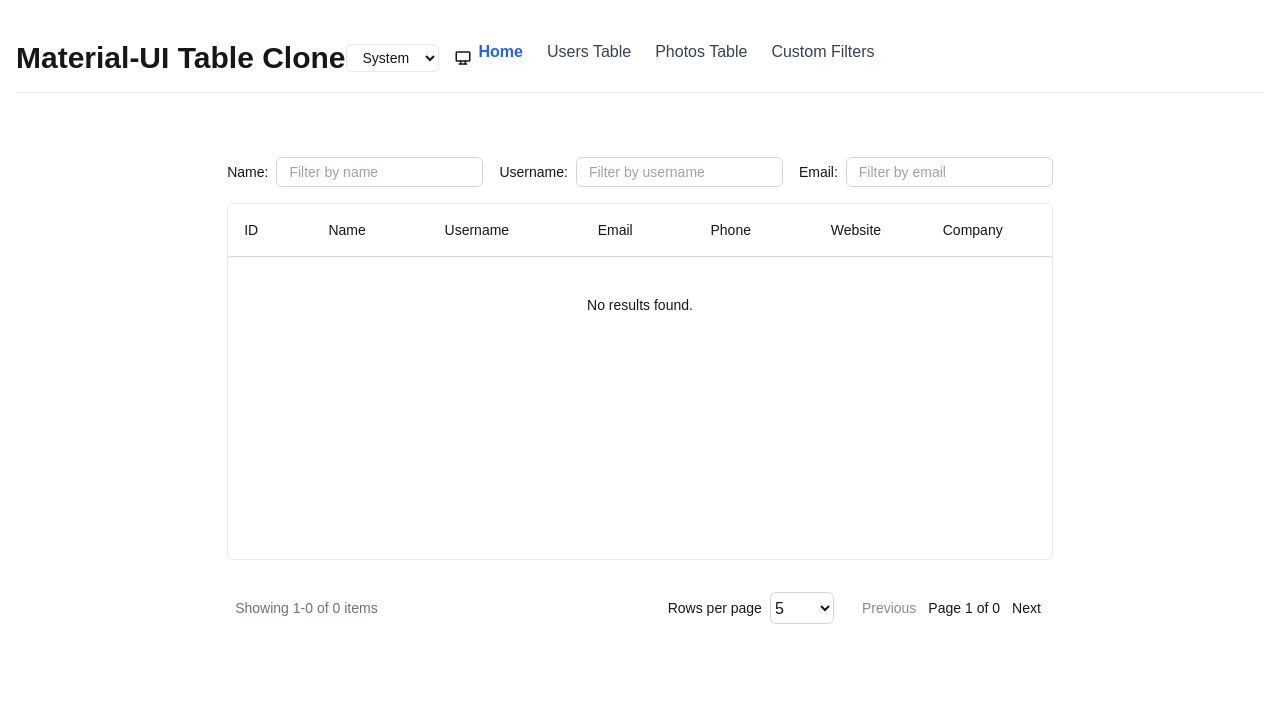
Repository: Dvirco1234/mini-mui-table
Page: /
The author's editor kept a copy of each file at every save. The page is drawn from the files as they stood at one save, then again after the next save.
The browser window is 1280 px wide. The pictures show the whole page.
The page's requests for data from a server got no answer. The project was rebuilt for these pictures with package versions that can differ from the ones it lists, and the page was loaded fresh each time. The framework's server and built-in components were replaced by stand-ins that run in the browser. No one was signed in, and anything a server would have sent is missing. Also part of the build but not shown: next.config.ts.

Above is the page before, as saved 2025-03-03 22:03:03.

### src/app/layout.tsx
import type { Metadata } from "next";
import { Geist, Geist_Mono } from "next/font/google";
import "./globals.css";
import { ThemeProvider } from "@/components/theme/ThemeProvider";
import { Navigation } from "@/components/layout/Navigation";

const geistSans = Geist({
  variable: "--font-geist-sans",
  subsets: ["latin"],
});

const geistMono = Geist_Mono({
  variable: "--font-geist-mono",
  subsets: ["latin"],
});

export const metadata: Metadata = {
  title: "Create Next App",
  description: "Generated by create next app",
};

export default function RootLayout({
  children,
}: Readonly<{
  children: React.ReactNode;
}>) {
  return (
    <html lang="en" className="h-screen overflow-hidden">
      <body
        className={`${geistSans.variable} ${geistMono.variable} antialiased h-full max-h-screen`}
      >
        <ThemeProvider defaultTheme="system" storageKey="mini-mui-table-theme">
          <main className="h-screen">
            <div className="mx-auto py-10 px-4 h-full flex flex-col">
              <Navigation />
              {children}
            </div>
          </main>
        </ThemeProvider>
      </body>
    </html>
  );
}

### src/app/page.tsx
import { ThemeToggle } from "@/components/theme/ThemeToggle";
import { UserTable } from "@/components/demo/UserTable";
import { CustomFiltersDemo } from "@/components/demo/CustomFiltersDemo";

export default function Home() {
  return (
    <div className="mx-auto py-10 px-4 h-full flex flex-col">
      {/* <div className="flex justify-between items-center mb-8">
        <h1 className="text-3xl font-bold">Material-UI Table Clone</h1>
        <ThemeToggle />
      </div> */}
      <UserTable />
      {/* <CustomFiltersDemo /> */}
    </div>
  );
}

### src/components/theme/ThemeProvider.tsx
"use client";

import { createContext, useContext, useEffect, useState } from "react";

export type Theme = "dark" | "light" | "system";

type ThemeProviderProps = {
  children: React.ReactNode;
  defaultTheme?: Theme;
  storageKey?: string;
};

type ThemeProviderState = {
  theme: Theme;
  setTheme: (theme: Theme) => void;
};

const initialState: ThemeProviderState = {
  theme: "system",
  setTheme: () => null,
};

const ThemeProviderContext = createContext<ThemeProviderState>(initialState);

export function ThemeProvider({
  children,
  defaultTheme = "system",
  storageKey = "mini-mui-table-theme",
  ...props
}: ThemeProviderProps) {
  const [theme, setTheme] = useState<Theme>(defaultTheme);

  useEffect(() => {
    const savedTheme = localStorage.getItem(storageKey) as Theme | null;

    if (savedTheme) {
      setTheme(savedTheme);
    }
  }, [storageKey]);

  useEffect(() => {
    const root = window.document.documentElement;

    root.classList.remove("light", "dark");

    if (theme === "system") {
      const systemTheme = window.matchMedia("(prefers-color-scheme: dark)")
        .matches
        ? "dark"
        : "light";

      root.classList.add(systemTheme);
      return;
    }

    root.classList.add(theme);
  }, [theme]);

  const value = {
    theme,
    setTheme: (theme: Theme) => {
      localStorage.setItem(storageKey, theme);
      setTheme(theme);
    },
  };

  return (
    <ThemeProviderContext.Provider {...props} value={value}>
      {children}
    </ThemeProviderContext.Provider>
  );
}

export const useTheme = () => {
  const context = useContext(ThemeProviderContext);

  if (context === undefined) {
    throw new Error("useTheme must be used within a ThemeProvider");
  }

  return context;
};

### src/components/layout/Navigation.tsx
"use client";

import Link from "next/link";
import { usePathname } from "next/navigation";
import { ThemeToggle } from "@/components/theme/ThemeToggle";

const navItems = [
  { name: "Home", path: "/" },
  { name: "Users Table", path: "/users" },
  { name: "Photos Table", path: "/photos" },
  { name: "Custom Filters", path: "/custom-filters" },
];

export function Navigation() {
  const pathname = usePathname();

  return (
    <div className="w-full flex border-b pb-4 mb-6">
      <div className="flex justify-between items-center ">
        <h1 className="text-3xl font-bold">Material-UI Table Clone</h1>
        <ThemeToggle />
      </div>

      <nav>
        <ul className="flex flex-wrap gap-6">
          {navItems.map((item) => (
            <li key={item.path}>
              <Link
                href={item.path}
                className={`text-base font-medium transition-colors hover:underline ${
                  pathname === item.path
                    ? "text-blue-600 dark:text-blue-400 font-semibold"
                    : "text-gray-700 hover:text-blue-600 dark:text-gray-300 dark:hover:text-blue-400"
                }`}
              >
                {item.name}
              </Link>
            </li>
          ))}
        </ul>
      </nav>
    </div>
  );
}

### src/components/demo/UserTable.tsx
"use client";

import { useState, useEffect } from "react";
import { Table } from "@/components/ui/table";
import { User, Column } from "@/types";
import { fetchUsers, FetchUsersParams } from "@/lib/api";

const columns: Column[] = [
  { id: "id", label: "ID", sortable: true },
  { id: "name", label: "Name", sortable: true, filterable: true },
  { id: "username", label: "Username", sortable: true, filterable: true },
  { id: "email", label: "Email", sortable: true, filterable: true },
  { id: "phone", label: "Phone", sortable: true },
  {
    id: "website",
    label: "Website",
    render: (row: User) => (
      <a
        href={`https://${row.website}`}
        target="_blank"
        rel="noopener noreferrer"
        className="text-blue-600 hover:underline"
      >
        {row.website}
      </a>
    ),
  },
  {
    id: "company",
    label: "Company",
    render: (row: User) => row.company.name,
  },
];

export function UserTable() {
  // State for table data and controls
  const [data, setData] = useState<User[]>([]);
  const [loading, setLoading] = useState(true);
  const [totalItems, setTotalItems] = useState(0);

  // Pagination state
  const [currentPage, setCurrentPage] = useState(1);
  const [pageSize, setPageSize] = useState(5);

  // Sorting state
  const [sortField, setSortField] = useState<string | undefined>(undefined);
  const [sortOrder, setSortOrder] = useState<"asc" | "desc" | "none">("asc");

  // Filtering state
  const [filters, setFilters] = useState<Record<string, string>>({});

  // Fetch data when dependencies change
  useEffect(() => {
    const loadData = async () => {
      setLoading(true);
      try {
        const params: FetchUsersParams = {
          page: currentPage,
          limit: pageSize,
          sort: sortField,
          order: sortOrder,
          filter: filters,
        };
        const { users, total } = await fetchUsers(params);
        setData(users);
        setTotalItems(total);
      } catch (error) {
        console.error("Error loading data:", error);
      } finally {
        setLoading(false);
      }
    };

    loadData();
  }, [currentPage, pageSize, sortField, sortOrder, filters]);

  // Handle page change
  const handlePageChange = (page: number) => {
    setCurrentPage(page);
  };

  // Handle page size change
  const handlePageSizeChange = (size: number) => {
    setPageSize(size);
    setCurrentPage(1); // Reset to first page when changing page size
  };

  // Handle sorting
  const handleSort = (field: string, order?: "asc" | "desc") => {
    if (!field) {
      // Clear sorting
      setSortField(undefined);
      setSortOrder("none");
    } else if (order) {
      // Set specific order
      setSortField(field);
      setSortOrder(order);
    } else {
      // Toggle order
      if (sortField === field) {
        setSortOrder(sortOrder === "asc" ? "desc" : "none");
        if (sortOrder === "desc") {
          setSortField(undefined);
        }
      } else {
        setSortField(field);
        setSortOrder("asc");
      }
    }
  };

  // Handle filtering
  const handleFilterChange = (field: string, value: string) => {
    setFilters((prev) => ({
      ...prev,
      [field]: value,
    }));
    setCurrentPage(1); // Reset to first page when applying filters
  };

  return (
    <Table<User>
      data={data}
      columns={columns}
      loading={loading}
      // Pagination
      currentPage={currentPage}
      pageSize={pageSize}
      totalItems={totalItems}
      onPageChange={handlePageChange}
      onPageSizeChange={handlePageSizeChange}
      // Sorting
      sortField={sortField}
      sortOrder={sortOrder}
      onSort={handleSort}
      // Filter
      filters={filters}
      onFilterChange={handleFilterChange}
      bordered={true}
      slots={{}}
    />
  );
}

### src/components/theme/ThemeToggle.tsx
"use client";

import { Theme, useTheme } from "./ThemeProvider";
import { IconMoon, IconSun, IconDeviceDesktop } from "@tabler/icons-react";

export function ThemeToggle() {
  const { theme, setTheme } = useTheme();

  return (
    <div className="flex items-center space-x-2">
      <select
        value={theme}
        onChange={(e: React.ChangeEvent<HTMLSelectElement>) =>
          setTheme(e.target.value as Theme)
        }
        className="bg-background border focus:ring-0 rounded-md px-3 py-1 text-sm focus:outline-none focus:ring-2 focus:ring-primary"
      >
        <option value="light">Light</option>
        <option value="dark">Dark</option>
        <option value="system">System</option>
      </select>

      <div className="flex items-center justify-center w-8 h-8">
        {theme === "light" && <IconSun size={18} />}
        {theme === "dark" && <IconMoon size={18} />}
        {theme === "system" && <IconDeviceDesktop size={18} />}
      </div>
    </div>
  );
}

### src/components/ui/table/index.ts
export * from './Table';
export * from './TableHead';
export * from './TableBody';
export * from './TableRow';
export * from './TableCell';
export * from './TablePagination';
export * from './TableFilters';
export * from './TableSorters';

### src/lib/api.ts
import { User } from '@/types';

export interface FetchUsersParams {
  page?: number;
  limit?: number;
  sort?: string;
  order?: 'asc' | 'desc' | 'none';
  filter?: Record<string, string>;
}

export async function fetchUsers({
  page = 1,
  limit = 100,
  sort,
  order = 'asc',
  filter,
}: FetchUsersParams = {}): Promise<{ users: User[]; total: number }> {
  let url = `https://jsonplaceholder.typicode.com/users?_page=${page}&_limit=${limit}`;

  if (sort && order !== 'none') {
    url += `&_sort=${sort}&_order=${order}`;
  }

  if (filter) {
    Object.entries(filter).forEach(([key, value]) => {
      if (value) {
        url += `&${key}_like=${value}`;
      }
    });
  }

  const response = await fetch(url);
  const total = Number(response.headers.get('x-total-count') || '0');
  const users = await response.json();

  return { users, total };
}

### src/components/ui/table/TableHead.tsx
import React, { forwardRef } from 'react';
import { cn } from '@/lib/utils';

export interface TableHeadProps extends React.HTMLAttributes<HTMLTableSectionElement> {
  children: React.ReactNode;
}

const TableHead = forwardRef<HTMLTableSectionElement, TableHeadProps>(
  ({ className, ...props }, ref) => {
    return (
      <thead
        ref={ref}
        className={cn("shadow-sm sticky top-0 bg-background", className)}
        {...props}
      />
    );
  }
);

TableHead.displayName = "TableHead";

export { TableHead };

### src/components/ui/table/TableBody.tsx
import React, { forwardRef } from 'react';
import { cn } from '@/lib/utils';

export interface TableBodyProps extends React.HTMLAttributes<HTMLTableSectionElement> {
  children: React.ReactNode;
}

const TableBody = forwardRef<HTMLTableSectionElement, TableBodyProps>(
  ({ className, ...props }, ref) => {
    return (
      <tbody
        ref={ref}
        className={cn("[&_tr:last-child]:border-0", className)}
        {...props}
      />
    );
  }
);

TableBody.displayName = "TableBody";

export { TableBody };

### src/components/ui/table/TableRow.tsx
import React, { forwardRef } from "react";
import { cn } from "@/lib/utils";

export interface TableRowProps
  extends React.HTMLAttributes<HTMLTableRowElement> {
  children: React.ReactNode;
  rowHeight?: number | string;
}

const TableRow = forwardRef<HTMLTableRowElement, TableRowProps>(
  ({ className, rowHeight, ...props }, ref) => {
    return (
      <tr
        ref={ref}
        className={cn(
          "border-b transition-colors hover:bg-muted/50 data-[state=selected]:bg-muted",
          className
        )}
        style={{
          height: rowHeight ? (typeof rowHeight === 'number' ? `${rowHeight}px` : rowHeight) : 'auto'
        }}
        {...props}
      />
    );
  }
);

TableRow.displayName = "TableRow";

export { TableRow };

### src/components/ui/table/TableCell.tsx
import React, { forwardRef } from 'react';
import { cn } from '@/lib/utils';

export interface TableCellProps extends React.TdHTMLAttributes<HTMLTableCellElement> {
  children: React.ReactNode;
}

const TableCell = forwardRef<HTMLTableCellElement, TableCellProps>(
  ({ className, ...props }, ref) => {
    return (
      <td
        ref={ref}
        className={cn("p-4 align-middle [&:has([role=checkbox])]:pr-0 group", className)}
        {...props}
      />
    );
  }
);

TableCell.displayName = "TableCell";

export { TableCell };

### src/components/ui/table/TablePagination.tsx
import React from 'react';
import { cn } from '@/lib/utils';

export interface TablePaginationProps {
  currentPage: number;
  totalPages: number;
  pageSize: number;
  totalItems: number;
  onPageChange: (page: number) => void;
  onPageSizeChange?: (pageSize: number) => void;
  pageSizeOptions?: number[];
  className?: string;
}

const TablePagination: React.FC<TablePaginationProps> = ({
  currentPage,
  totalPages,
  pageSize,
  totalItems,
  onPageChange,
  onPageSizeChange,
  pageSizeOptions = [5, 10, 25, 50],
  className,
}) => {
  const startItem = (currentPage - 1) * pageSize + 1;
  const endItem = Math.min(currentPage * pageSize, totalItems);

  return (
    <div className={cn("flex items-center justify-between px-2 py-4", className)}>
      <div className="text-sm text-gray-500">
        Showing {startItem}-{endItem} of {totalItems} items
      </div>
      <div className="flex items-center space-x-6">
        <div className="flex items-center space-x-2">
          <p className="text-sm font-medium">Rows per page</p>
          <select
            className="h-8 w-16 rounded-md border border-gray-300 bg-background outline-none focus:border-blue-500 focus:dark:border-white"
            value={pageSize}
            onChange={(e) => onPageSizeChange?.(Number(e.target.value))}
          >
            {pageSizeOptions.map((option) => (
              <option key={option} value={option}>
                {option}
              </option>
            ))}
          </select>
        </div>
        <div className="flex items-center space-x-2">
          <button
            className="inline-flex items-center justify-center rounded-md p-1 text-sm font-medium transition-colors hover:bg-gray-100 disabled:opacity-50"
            onClick={() => onPageChange(currentPage - 1)}
            disabled={currentPage === 1}
          >
            Previous
          </button>
          <div className="text-sm font-medium">
            Page {currentPage} of {totalPages}
          </div>
          <button
            className="inline-flex items-center justify-center rounded-md p-1 text-sm font-medium transition-colors hover:bg-gray-100 disabled:opacity-50"
            onClick={() => onPageChange(currentPage + 1)}
            disabled={currentPage === totalPages}
          >
            Next
          </button>
        </div>
      </div>
    </div>
  );
};

export { TablePagination };

### src/components/ui/table/TableFilters.tsx
import React from 'react';
import { cn } from '@/lib/utils';
import { Column } from '@/types';

export interface TableFiltersProps {
  columns: Column[];
  filters: Record<string, string>;
  onFilterChange: (field: string, value: string) => void;
  className?: string;
}

/**
 * TableFilters component that renders a set of filters for each filterable column.
 * Currently only supports text-based filtering.
 */
const TableFilters: React.FC<TableFiltersProps> = ({
  columns,
  filters,
  onFilterChange,
  className,
}) => {
  const filterableColumns = columns.filter(column => column.filterable);

  if (filterableColumns.length === 0) {
    return null;
  }

  return (
    <div className={cn("flex flex-wrap gap-4 mb-4", className)}>
      {filterableColumns.map(column => (
        <div key={`filter-${column.id}`} className="flex items-center">
          <label htmlFor={`filter-${column.id}`} className="mr-2 text-sm font-medium">
            {column.label}:
          </label>
          <input
            id={`filter-${column.id}`}
            type="text"
            className="rounded-md border bg-background outline-none border-gray-300 focus:border-blue-500 focus:dark:border-white px-3 py-1 text-sm"
            value={filters[column.id] || ''}
            onChange={(e) => onFilterChange(column.id, e.target.value)}
            placeholder={`Filter by ${column.label.toLowerCase()}`}
          />
        </div>
      ))}
    </div>
  );
};

export { TableFilters };

### src/components/ui/table/TableSorters.tsx
import React from 'react';
import { cn } from '@/lib/utils';
import { Column } from '@/types';
import { IconArrowUp, IconArrowDown } from '@tabler/icons-react';

export interface TableSortersProps {
  column: Column;
  sortField?: string;
  sortOrder: 'asc' | 'desc' | 'none';
  onSort: (field: string, order?: 'asc' | 'desc') => void;
  className?: string;
}

const TableSorters: React.FC<TableSortersProps> = ({
  column,
  sortField,
  sortOrder,
  onSort,
  className,
}) => {
  if (!column.sortable) {
    return <span className={className}>{column.label}</span>;
  }

  const handleSort = () => {
    if (sortField !== column.id) {
      // First click - sort ascending
      onSort(column.id, 'asc');
    } else if (sortOrder === 'asc') {
      // Second click - sort descending
      onSort(column.id, 'desc');
    } else {
      // Third click - clear sorting
      onSort('');
    }
  };

  const isActive = sortField === column.id;

  return (
    <div
      className={cn(
        "w-full h-full flex items-center justify-between cursor-pointer",
        className
      )}
      onClick={handleSort}
    >
      <span>{column.label}</span>
      <div className="flex items-center">
        {isActive ? (
          sortOrder === 'asc' ? (
            <IconArrowUp size={16} className="text-primary" />
          ) : (
            <IconArrowDown size={16} className="text-primary" />
          )
        ) : (
          <IconArrowUp size={16} className="text-muted-foreground opacity-0 group-hover:opacity-100 transition-opacity" />
        )}
      </div>
    </div>
  );
};

export { TableSorters };

### tailwind.config.ts
import type { Config } from 'tailwindcss';

const config: Config = {
  darkMode: 'class',
  content: [
    './src/pages/**/*.{js,ts,jsx,tsx,mdx}',
    './src/components/**/*.{js,ts,jsx,tsx,mdx}',
    './src/app/**/*.{js,ts,jsx,tsx,mdx}',
  ],
  theme: {
    extend: {
      colors: {
        background: 'var(--background)',
        foreground: 'var(--foreground)',
        border: {
          DEFAULT: 'hsl(var(--border))',
        },
        input: {
          DEFAULT: 'hsl(var(--input))',
        },
        ring: {
          DEFAULT: 'hsl(var(--ring))',
        },
        muted: {
          DEFAULT: 'hsl(var(--muted))',
          foreground: 'hsl(var(--muted-foreground))',
        },
        accent: {
          DEFAULT: 'hsl(var(--accent))',
          foreground: 'hsl(var(--accent-foreground))',
        },
        primary: {
          DEFAULT: 'hsl(var(--primary))',
          foreground: 'hsl(var(--primary-foreground))',
        },
        secondary: {
          DEFAULT: 'hsl(var(--secondary))',
          foreground: 'hsl(var(--secondary-foreground))',
        },
        destructive: {
          DEFAULT: 'hsl(var(--destructive))',
          foreground: 'hsl(var(--destructive-foreground))',
        },
        card: {
          DEFAULT: 'hsl(var(--card))',
          foreground: 'hsl(var(--card-foreground))',
        },
      },
      fontFamily: {
        sans: ['var(--font-geist-sans)'],
        mono: ['var(--font-geist-mono)'],
      },
    },
  },
  plugins: [],
};

export default config;

Loaded but not shown: src/app/globals.css (common file); src/lib/utils.ts (common file); src/components/ui/table/Table.tsx (225 lines, source omitted)

After the next save:
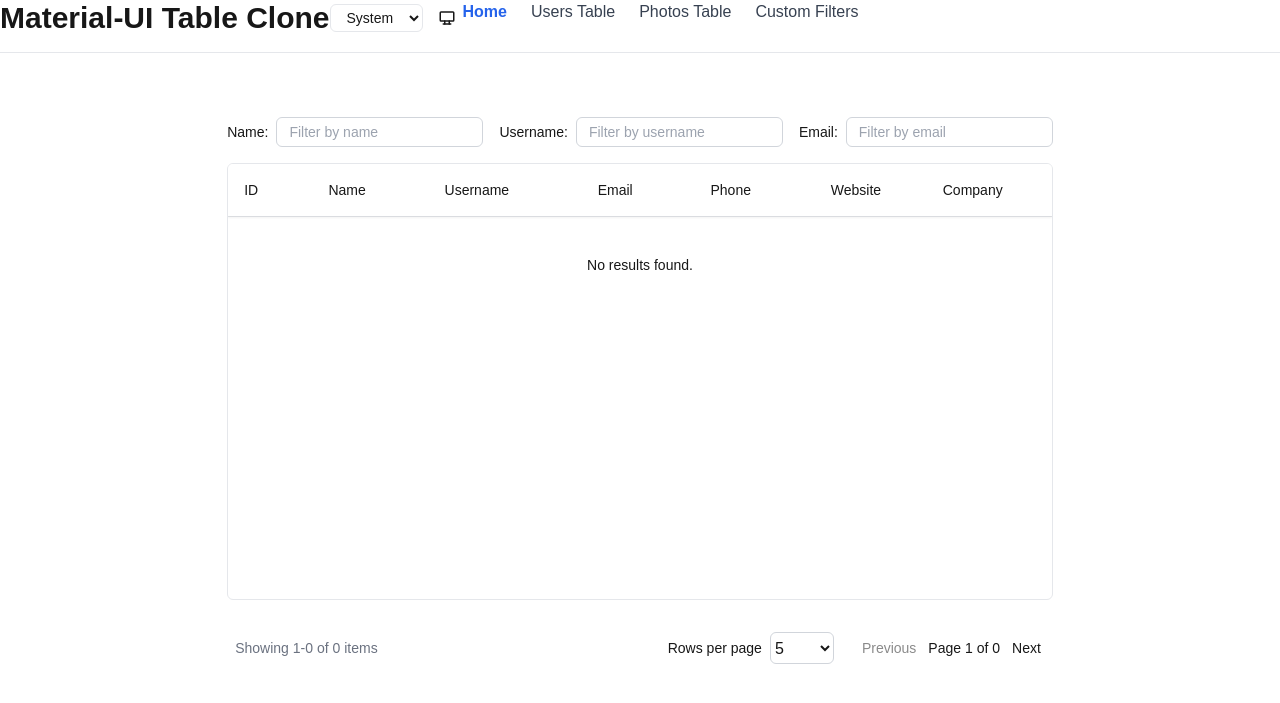
Saved 29 s later.
--- a/src/app/layout.tsx
+++ b/src/app/layout.tsx
@@ -31,7 +31,7 @@ export default function RootLayout({
       >
         <ThemeProvider defaultTheme="system" storageKey="mini-mui-table-theme">
           <main className="h-screen">
-            <div className="mx-auto py-10 px-4 h-full flex flex-col">
+            <div className=" h-full flex flex-col">
               <Navigation />
               {children}
             </div>
